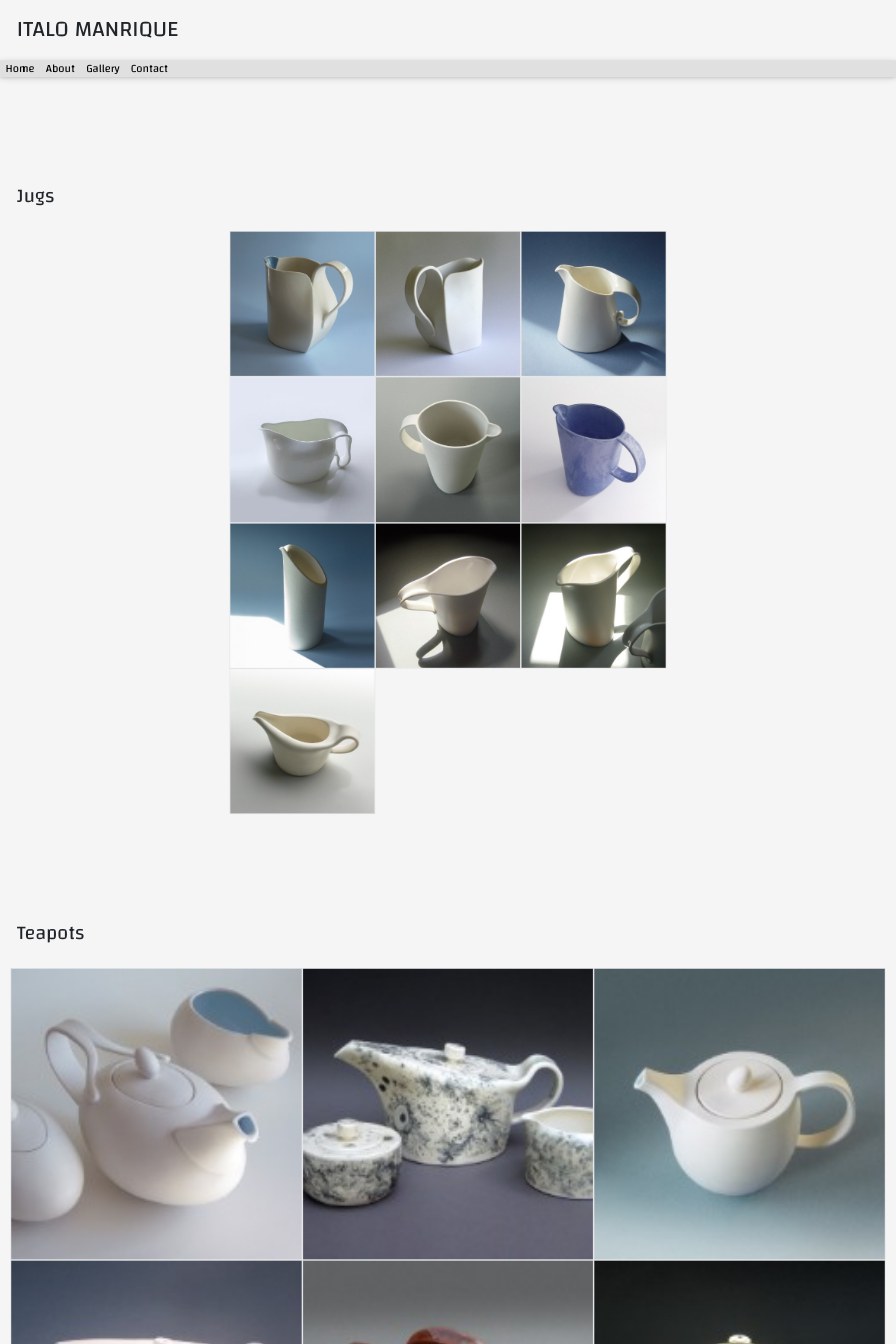
Repository: ManrOsca/ceramics
Page: MDB/gallery3.html
The author's editor kept a record of every edit. The page is drawn from the files as they stood at one moment, then again after the next edit.
The browser window is 1280 px wide. The pictures show the part of the page from y = 0 to 1920 px (the page is 3473 px tall before and 3493 px after), at 70% of full size.

Above is the page before.

After the next edit:
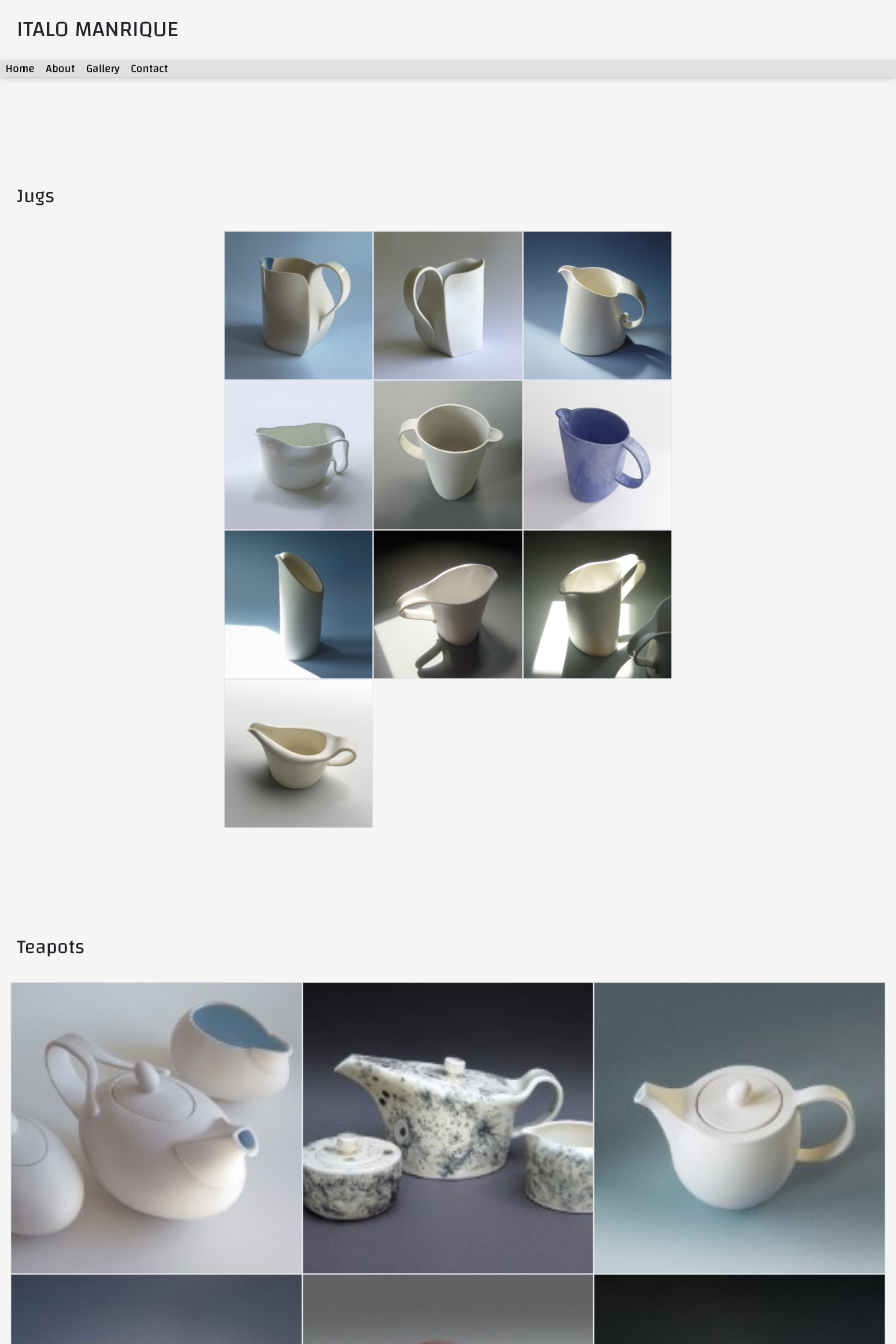
The edit:
--- a/MDB/gallery3.html
+++ b/MDB/gallery3.html
@@ -65,7 +65,7 @@
                 <section>
 
                     <h3 class="px-4 py-4">Jugs</h3>
-                    <div class="container-fluid">
+<!--                     <div class="container-fluid">       -->
                         <div class="row mx-auto" style="width: 50%;">
                             <div class="col-sm-4  px-0">
                                 <div class="img-thumbnail">
